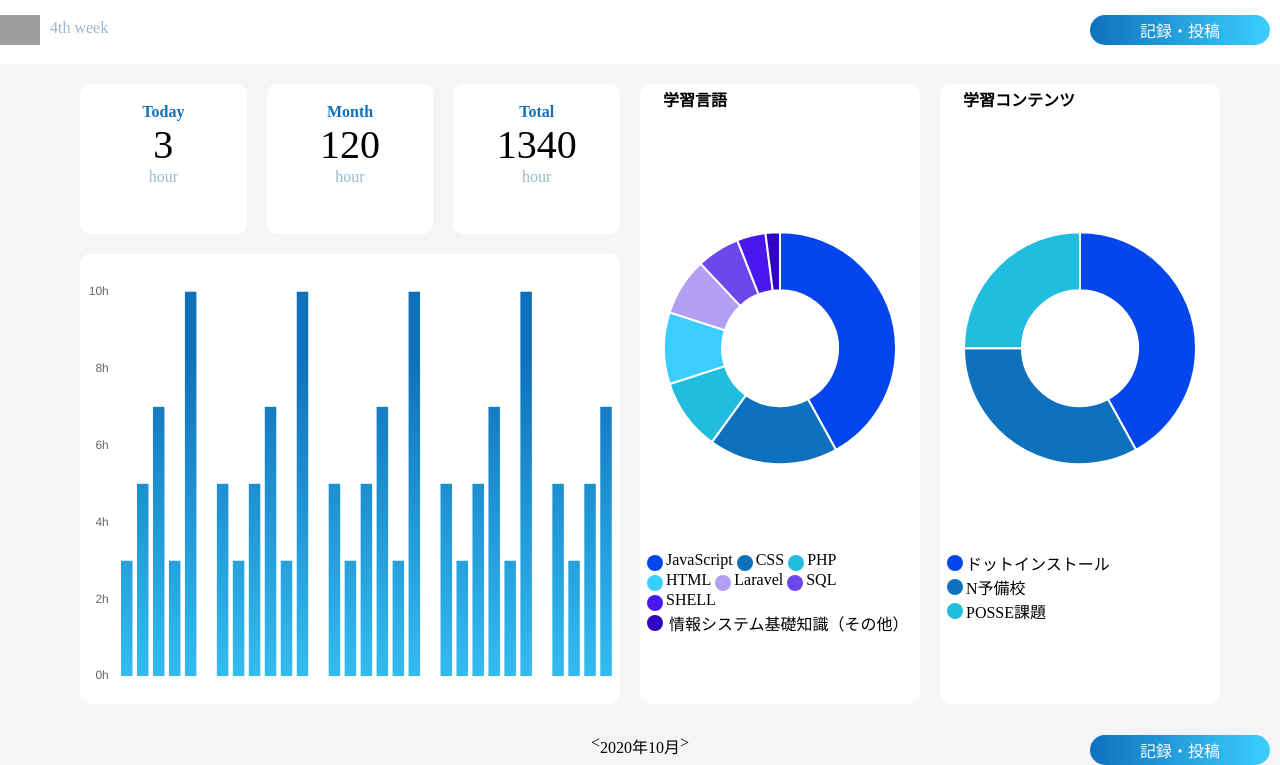
Repository: posse-ap/gen2.0-kamibayasitaito
Page: app/app.html
An editor plug-in stored every save of this project. The page is shown before and after a run of saves, followed by the edit.
The browser window is 1280 px wide. The pictures show the whole page.
Pictures or frames that could not be fetched are drawn as grey boxes. Some web libraries are served in a nearby version.

Above is the page before, as saved 2021-11-26 18:48:01.

### app/app.html
<!DOCTYPE html>
<html lang="ja">

<head>
    <meta charset="UTF-8">
    <meta http-equiv="X-UA-Compatible" content="IE=edge">

    <meta name="viewport" content="width=device-width,initial-scale=1.0,user-scalable=no" />
    <!-- 【】内は適宜書き換えて下さい -->
<meta name="twitter:card" content="summary" />
<meta name="twitter:site" content="【@basketball_1012】" />
<meta name="twitter:title" content="【シェアするページのタイトル】" />
<meta name="twitter:description" content="【シェアするページの概要】" />
<meta name="twitter:image" content="【シェアするページのアイコン画像(絶対パス)】" />
<meta name="twitter:url" content="【シェアするページのURL】" />
    <title>app</title>
    <link rel="stylesheet" href="reset.css">
    <link rel="stylesheet" href="app_pc.css">
    <link rel="stylesheet" href="app_smartphone.css">
    <link href="https://use.fontawesome.com/releases/v5.6.1/css/all.css" rel="stylesheet">
</head>

<body>
<div class="all_wraper">
    <div id="mainPage">

        <header class="header">


            <img src="https://posse.anti-pattern.co.jp/img/posseLogo.png" alt="" class="header_logo_img">
            <p class="header_week">4th week</p>
            <button class="header_button" id="headerButton">記録・投稿</button>

        </header>

        <div class="container">
            <div class="main_left">
                <div class="main_time">
                    <ul class="time_box_container">
                        <li class="time_box">


                            <span class="time_title">Today

                            </span><br>
                            <span class="time_result">3


                            </span>
                            <br>
                            <span class="time_unit">hour

                            </span>

                        </li>
                        <li class="time_box">


                            <span class="time_title">Month

                            </span><br>
                            <span class="time_result">120


                            </span>
                            <br>
                            <span class="time_unit">hour

                            </span>

                        </li>
                        <li class="time_box">


                            <span class="time_title">Total

                            </span><br>
                            <span class="time_result">1340


                            </span>
                            <br>
                            <span class="time_unit">hour

                            </span>

                        </li>
                    </ul>
                </div>

                <div class="time_graph_container">
                    <canvas class="time_graph" id="myBarChart"></canvas>

                </div>
            </div>

            <div class="main_right">
                <div class="main_contents">
                    <ul class="study_result_container">
                        <li class="study_result">
                            <h1 class="study_result_title">学習言語</h1>
                            <div class="study_chart">
                                <canvas id="studyLanguageChart"></canvas>

                            </div>
                            <ul class="study_language_language_container">
                                <div class="study_language_display">

                                    <li>
                                        <div class="study_language_javascript">

                                        </div>
                                        <p>JavaScript</p>
                                    </li>
                                    <li>
                                        <div class="study_language_css">

                                        </div>
                                        <p>CSS</p>
                                    </li>
                                    <li>
                                        <div class="study_language_php">

                                        </div>
                                        <p>PHP</p>
                                    </li>

                                </div>
                                <div class="study_language_display">
                                    <li>
                                        <div class="study_language_html">

                                        </div>
                                        <p>HTML</p>
                                    </li>
                                    <li>
                                        <div class="study_language_laravel">

                                        </div>
                                        <p>Laravel</p>
                                    </li>
                                    <li>
                                        <div class="study_language_sql">

                                        </div>
                                        <p>SQL</p>
                                    </li>
                                </div>
                                <li>
                                    <div class="study_language_shell">

                                    </div>
                                    <p>SHELL</p>
                                </li>
                                <li>
                                    <div class="study_language_other">

                                    </div>
                                    <p>情報システム基礎知識（その他）</p>
                                </li>


                            </ul>





                        </li>
                        <li class="study_result">
                            <h1 class="study_result_title">学習コンテンツ</h1>
                            <div class="study_chart">
                                <canvas id="studyContentsChart"></canvas>
                            </div>

                            <ul class="study_contents_contents_container">
                                <li>
                                    <div class="study_contents_dot">

                                    </div>
                                    <p>ドットインストール</p>
                                </li>
                                <li>
                                    <div class="study_contents_N">

                                    </div>
                                    <p>N予備校</p>
                                </li>
                                <li>
                                    <div class="study_contents_posse">

                                    </div>
                                    <p>POSSE課題</p>
                                </li>



                            </ul>




                        </li>
                    </ul>


                </div>

            </div>




        </div>
        <div class="month_change_container">
            <div class="month_change">
                <div>
                    < </div>

                        <div>
                            <time>2020年10月</time>




                        </div>
                        >

                        <div>


                        </div>
                </div>


            </div>

        </div>
    </div>
    <div class="mordal" id="mordal">
        <div class="mordal_container" id="mordalContainer">
            <div class="mordal_left">
                <div class="study_day_container">
                    <p class="mordal_sub_title">学習日</p>
                    <div class="study_day_write_space">
                        <input type="date" maxlength="30" size="50" style="font-size:px;" class="study_currendor">

                    </div>





                </div>
                <div class="study_contents_container">
                    <p class="mordal_sub_title">学習コンテンツ</p>
                    <ul class="choices_container">
                        <div class="display_flex">
                            <li role="checkbox" class="choices check_box">
                                N予備校
                            </li>
                            <li role="checkbox" class="choices check_box">
                                ドットインストール
                            </li>
                        </div>
                        <li role="checkbox" class="choices check_box">
                            POSSE課題
                        </li>
                    </ul>


                </div>

                <div class="study_language_container">
                    <p class="mordal_sub_title">学習言語（複数選択可）</p>
                    <ul class="choices_container">
                        <div class="display_flex">

                            <li role="checkbox" class="choices check_box">HTML</li>
                            <li role="checkbox" class="choices check_box">CSS</li>
                            <li role="checkbox" class="choices check_box">JavaScript</li>

                        </div>
                        <div class="display_flex">

                            <li role="checkbox" class="choices check_box">PHP</li>
                            <li role="checkbox" class="choices check_box">Laravel</li>
                            <li role="checkbox" class="choices check_box">SQL</li>
                            <li role="checkbox" class="choices check_box">SHELL</li>

                        </div>

                        <div role="checkbox" class="choices check_box">情報システム基礎知識（その他）</div>

                    </ul>


                </div>





            </div>

            <div class="mordal_right">

                <div class="study_time">
                    <p class="mordal_sub_title">学習時間</p>
                    <textarea class="study_time_write_space" 　name="msg" cols="30" rows="1"
                        style="font-size:20px"></textarea>





                </div>

                <div class="twitter_comment_container">
                    <p class="mordal_sub_title">Twitter用コメント</p>
                    <textarea id="twitterText" cols="37" rows="7" type="text"
                        class="twitter_comment_write_space"></textarea>


                </div>

                <div class="twitter_shere_button">


                </div>

                <div>
                    <p id="checkTwitter" class="share_twitter_button">Twitterにシェアする</p>
                </div>



            </div>
        </div>



        <div class="back_button" id="backButton">
            <p>×</p>
        </div>


        <div class="submit_container">
            <a href="javascript:twitText()" class="submit_button" id="submitButton" onclick="submit_click()">記録・投稿</a>








        </div>









    </div>

    <div class="load_mordal" id="loadMordal">

        <div class="loader">Loading...</div>

    </div>

    <div class="awesome_page" id="awesomePage">
        <div class="awesome_container">
            <h1 class="awesome_character">AWESOME</h1>
            <i class="fas fa-check-circle fa-4x"></i>
            <p>記録・投稿<br>完了しました</p>
        </div>

        <div class="back_button" id="mainBackButton">
            <p>×</p>
        </div>



    </div>

    <button class="header_button" id="Button">記録・投稿</button>
















<script src="https://cdnjs.cloudflare.com/ajax/libs/Chart.js/2.7.2/Chart.bundle.js"></script>




<script src="https://ajax.googleapis.com/ajax/libs/jquery/2.2.4/jquery.min.js"></script>
<script src="app.js"></script>

</body>

</html>

### app/reset.css

/*** The new CSS Reset - version 1.0.0 (last updated 8.7.2021) ***/

/* ブラウザのUAスタイルシートのすべてのスタイルを削除します、displayは除く */
*:where(:not(iframe, canvas, img, svg, video):not(svg *)){
    all: unset;
    display: revert;
}

/* box-sizingの優先値 */
*,
*::before,
*::after{
    box-sizing: border-box;
}

/* リストのスタイル（箇条書き・番号）を削除します */
ol, ul {
    list-style: none;
}

/* 画像がコンテナを超えないようにするため */
img {
    max-width: 100%;
}

/* テーブルのセル間のスペースを削除します */
table{
    border-collapse: collapse;
}

Loaded but not shown: app/app.js (319 lines, source omitted); app/app_smartphone.css (784 lines, source omitted); app/app_pc.css (777 lines, source omitted)

After the next 2 saves:
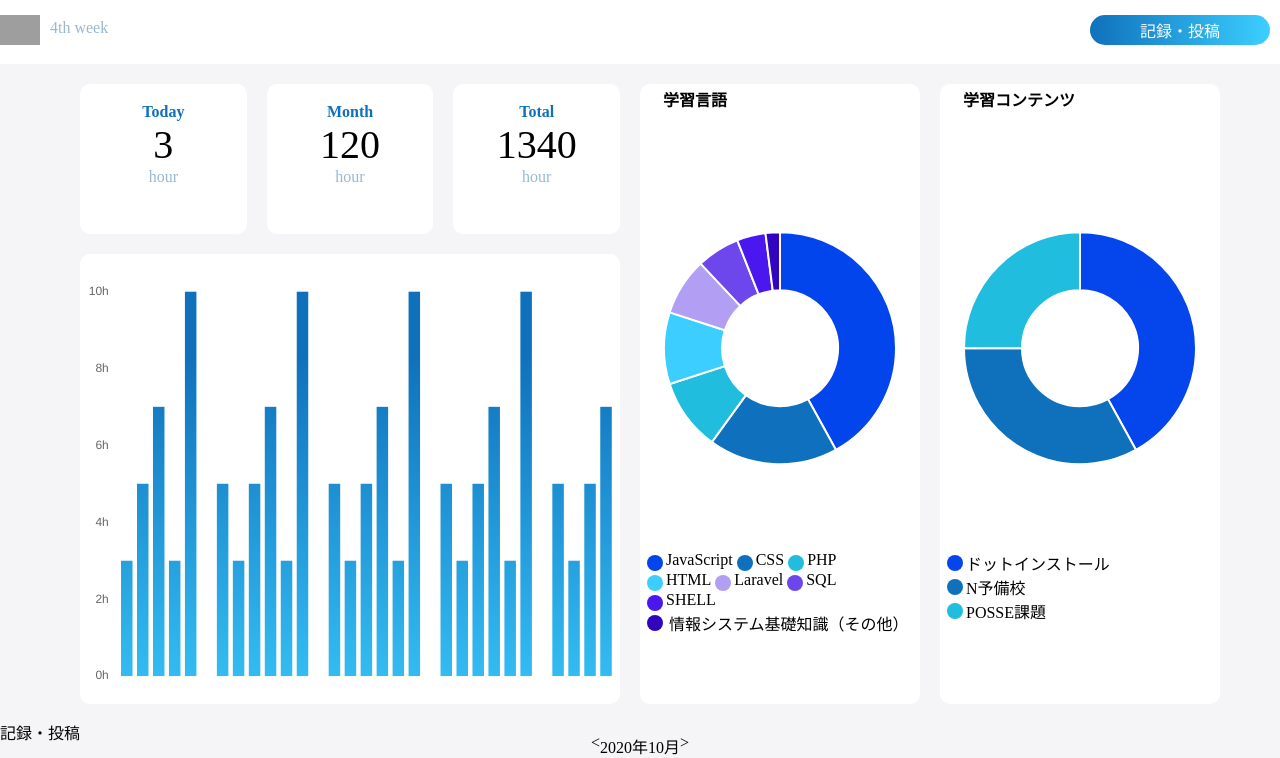
The 2 saves are shown as one change because they came seconds apart.
The last was saved 2 min 36 s later.
--- a/app/app.html
+++ b/app/app.html
@@ -388,7 +388,7 @@
 
     </div>
 
-    <button class="header_button" id="Button">記録・投稿</button>
+    <button class="" id="Button">記録・投稿</button>
 
 
 

After the 2 saves that followed:
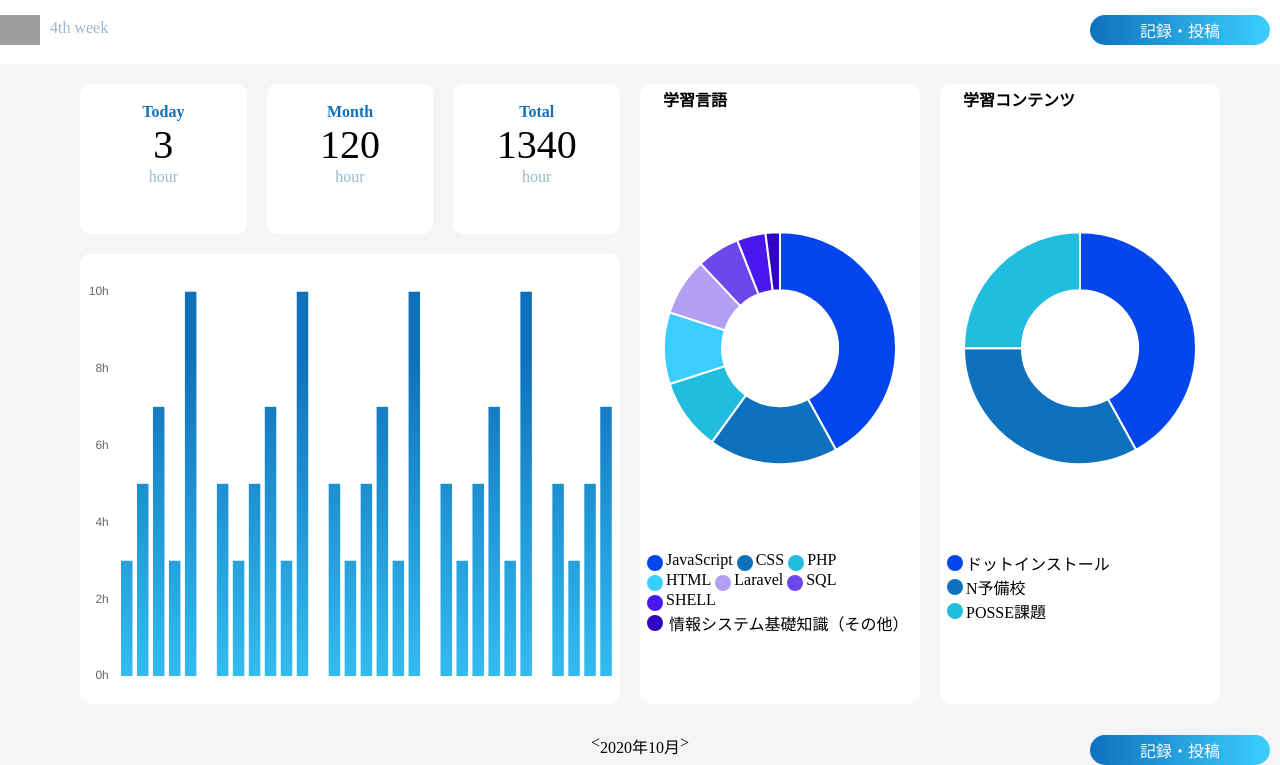
The 2 saves are shown as one change because they came seconds apart.
The last was saved 15 s later.
--- a/app/app.html
+++ b/app/app.html
@@ -388,7 +388,7 @@
 
     </div>
 
-    <button class="" id="Button">記録・投稿</button>
+    <button class="header_button" id="Button">記録・投稿</button>
 
 
 
